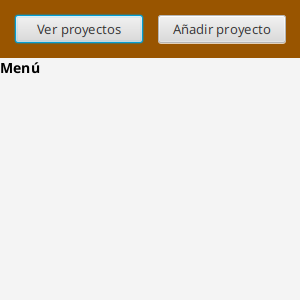
Repository: anxoportela/PROG
Program's window: java Java_Interfaz/ProyectoJavaFX/src/com/acarballeira/javaFX/ejemplo8/App.java
An editor plug-in stored every save of this project. The program's window is shown before and after the next save, followed by the edit.
It runs on Java 21 on a 1366 x 768 screen with JavaFX 11; the title bar is not drawn.

Above is the program's window before, as saved 2020-03-05 19:58:33.

### Java_Interfaz/ProyectoJavaFX/src/com/acarballeira/javaFX/ejemplo8/App.java
package com.acarballeira.javaFX.ejemplo8;

import javafx.application.Application;
import javafx.geometry.Insets;
import javafx.geometry.Pos;
import javafx.scene.Scene;
import javafx.scene.control.Button;
import javafx.scene.control.Label;
import javafx.scene.layout.BorderPane;
import javafx.scene.layout.HBox;
import javafx.scene.layout.Pane;
import javafx.scene.layout.VBox;
import javafx.scene.paint.Color;
import javafx.scene.text.Font;
import javafx.scene.text.FontWeight;
import javafx.scene.text.Text;
import javafx.stage.Stage;

public class App extends Application {
	@Override
	public void start(Stage primaryStage) {

		primaryStage.setTitle("Ola Mundo!!!");

		BorderPane bp = new BorderPane();
		HBox hbox = (HBox) crearHbox();
		VBox vbox = (VBox) crearVbox();

		bp.setTop(hbox);
		bp.setLeft(vbox);
		hbox.setAlignment(Pos.CENTER);

		Scene primaryScene = new Scene(bp, 300, 300, Color.AQUA);
		primaryStage.setScene(primaryScene);
		primaryStage.show();

	}

	private Pane crearHbox() {
		HBox hbox = new HBox();
		Button btn1 = new Button("Ver proyectos");
		Button btn2 = new Button("Añadir proyecto");
		hbox.setPadding(new Insets(15, 15, 15, 15));
		hbox.setSpacing(15);
		hbox.setStyle("-fx-background-color: #995500");
		btn1.setPrefSize(130, 25);
		btn2.setPrefSize(130, 25);
		hbox.getChildren().addAll(btn1, btn2);
		return hbox;
	}

	private Pane crearVbox() {
		VBox vbox = new VBox();

		Text titulo = new Text("Menú");
		titulo.setFont(Font.font("Arial", FontWeight.BOLD, 14));
		vbox.getChildren().add(titulo);
		return vbox;
	}

	public static void main(String[] args) {
		Application.launch();
	}
}

After the next save:
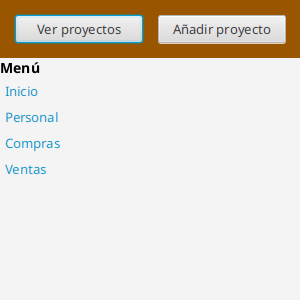
Saved 4 min 53 s later.
--- a/Java_Interfaz/ProyectoJavaFX/src/com/acarballeira/javaFX/ejemplo8/App.java
+++ b/Java_Interfaz/ProyectoJavaFX/src/com/acarballeira/javaFX/ejemplo8/App.java
@@ -5,6 +5,7 @@
 import javafx.geometry.Pos;
 import javafx.scene.Scene;
 import javafx.scene.control.Button;
+import javafx.scene.control.Hyperlink;
 import javafx.scene.control.Label;
 import javafx.scene.layout.BorderPane;
 import javafx.scene.layout.HBox;
@@ -55,6 +56,18 @@
 		Text titulo = new Text("Menú");
 		titulo.setFont(Font.font("Arial", FontWeight.BOLD, 14));
 		vbox.getChildren().add(titulo);
+
+		Hyperlink [] opciones = new Hyperlink[] {
+				new Hyperlink("Inicio"),
+				new Hyperlink("Personal"),
+				new Hyperlink("Compras"),
+				new Hyperlink("Ventas"),
+		};
+
+		for (int i = 0; i < opciones.length; i++) {
+			vbox.getChildren().add(opciones[i]);
+		}
+
 		return vbox;
 	}
 
